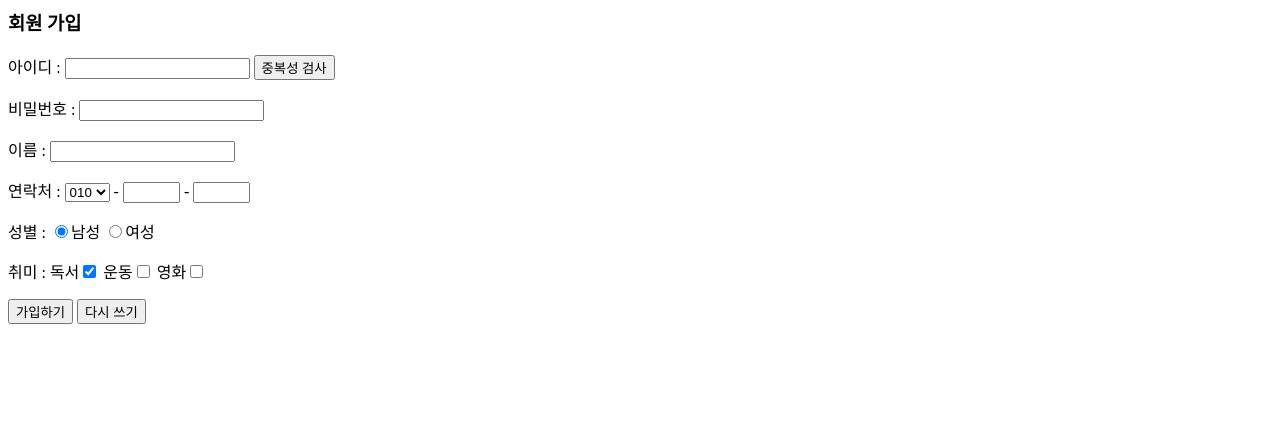
Repository: peanutBana/jsp_project
Page: http://localhost/JSPBook/ch06/form03.jsp
An editor plug-in stored every save of this project. The page is shown before and after the next save, followed by the edit.
The browser window is 1280 px wide. The pictures show the whole page.
The page is served by Tomcat 9. Other server files are loaded and not shown.

Above is the page before, as saved 2022-10-05 01:32:05.

### JSPBook/src/main/webapp/ch06/form03.jsp
<%@ page language="java" contentType="text/html; charset=UTF-8"%>
<html>
<head>
<title>Form Processing</title>
</head>
<body>
	<h3>회원 가입</h3>
	<form action="#" name="member" method="post">
		<p>아이디 : <input type="text" name="id"> <input type="button" value="중복성 검사">
		<p>비밀번호 : <input type="password" name="passwd">
		<p>이름 : <input type="text" name="name">
		<p>연락처 : <select name="phone1">
					<option value="010">010</option>
					<option value="011">011</option>
					<option value="016">016</option>
					<option value="017">017</option>
					<option value="019">019</option>
				  </select> - <input type="text" maxlength="4" size="4" name="phone2">
				  			- <input type="text" maxlength="4" size="4" name="phone3">
		<p>성별 : <input type="radio" name="sex" value="남성" checked>남성
				 <input type="radio" name="sex" value="여성">여성
		<p>취미 : 독서<input type="checkbox" name="hobby1" checked>
				 운동<input type="checkbox" name="hobby2">
				 영화<input type="checkbox" name="hobby3">
		<p> <input type="submit" value="가입하기">
			<input type="reset" value="다시 쓰기">
	</form>

</body>
</html>

After the next save:
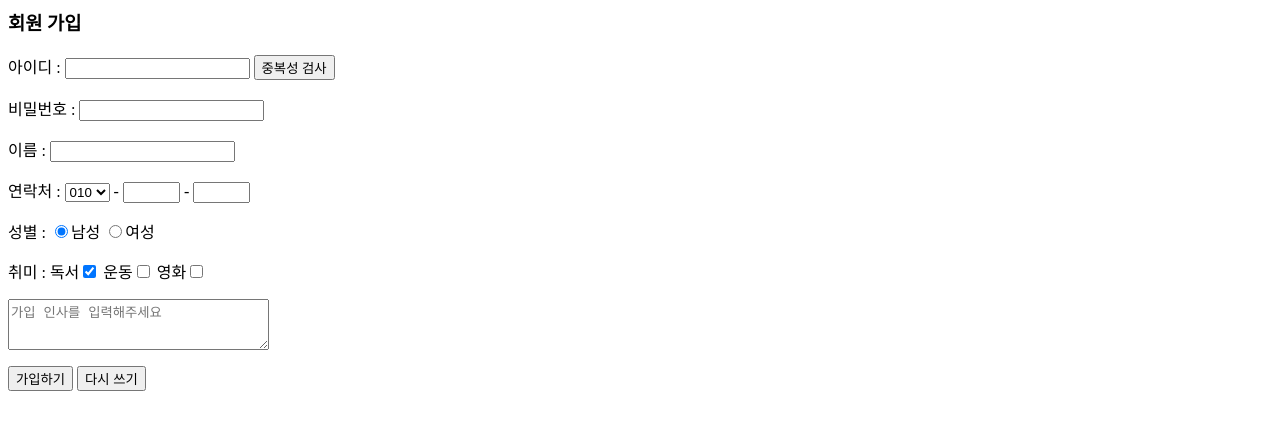
Saved 2 min 47 s later.
--- a/JSPBook/src/main/webapp/ch06/form03.jsp
+++ b/JSPBook/src/main/webapp/ch06/form03.jsp
@@ -22,7 +22,8 @@
 		<p>취미 : 독서<input type="checkbox" name="hobby1" checked>
 				 운동<input type="checkbox" name="hobby2">
 				 영화<input type="checkbox" name="hobby3">
-		<p> <input type="submit" value="가입하기">
+		<p> <textarea nema="comment" cols="30" rows="3" placeholder="가입 인사를 입력해주세요"></textarea>
+ 		<p> <input type="submit" value="가입하기">
 			<input type="reset" value="다시 쓰기">
 	</form>
 
